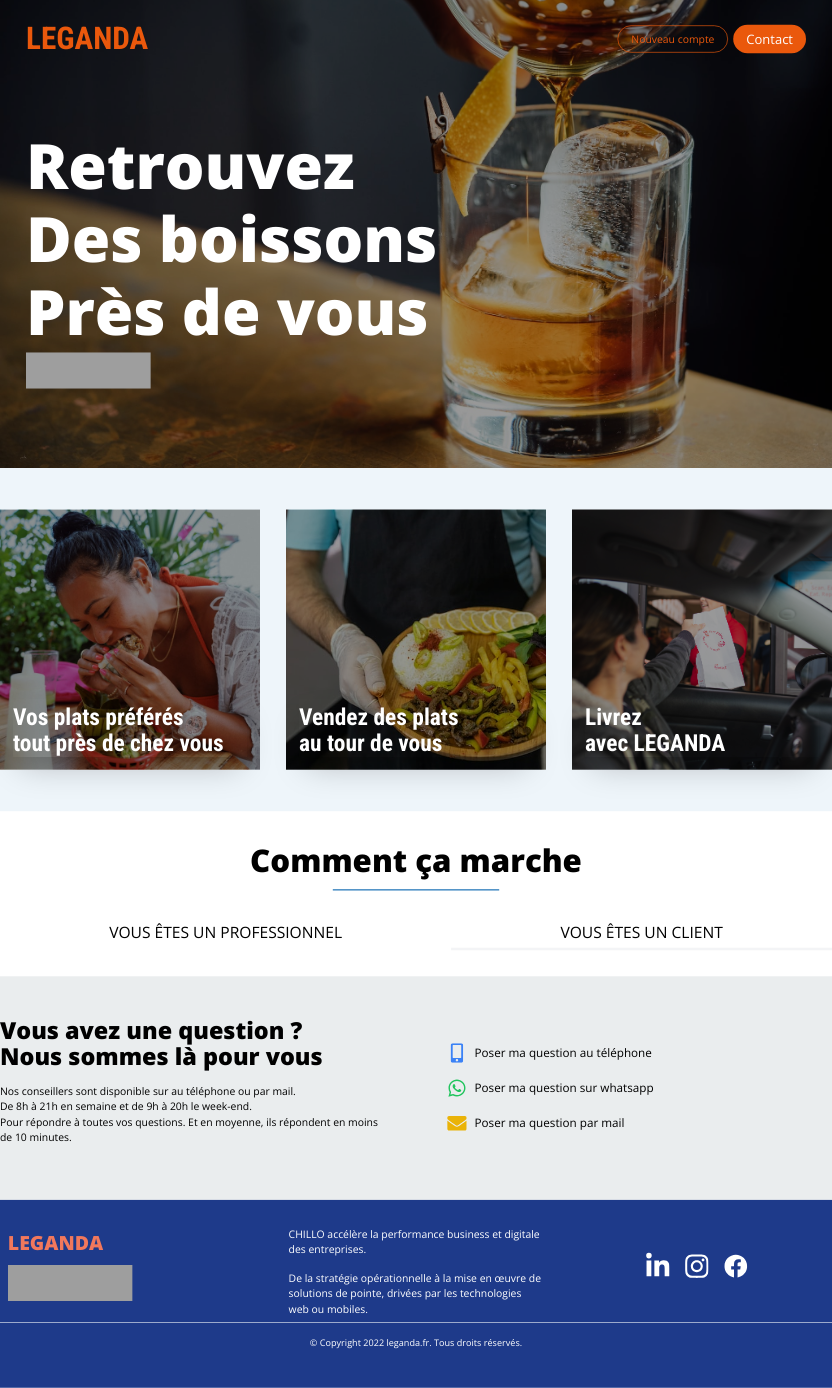
Repository: chillo-tech/website-leganda
Page: /
An editor plug-in stored every save of this project. The page is shown before and after the next save, followed by the edit.
The browser window is 1280 px wide. The pictures show the whole page, at 65% of full size.
Pictures or frames that could not be fetched are drawn as grey boxes. The project was rebuilt for these pictures with package versions that can differ from the ones it lists, and the page was loaded fresh each time. Some packages were replaced by stand-ins written for this rebuild. The framework's server and built-in components were replaced by stand-ins that run in the browser. Also part of the build but not shown: next.config.js, components/header/items/SearchBar.tsx.

Above is the page before, as saved 2023-02-09 14:10:13.

### pages/_document.tsx
import { Html, Head, Main, NextScript } from 'next/document'
import Footer from '../components/footer/Footer';

export default function Document() {
	return (
		<Html className="scroll-smooth">
			<Head>
        <link rel="preconnect" href="https://fonts.googleapis.com"/>
        <link rel="preconnect" href="https://fonts.gstatic.com"/>
        <link href="https://fonts.googleapis.com/css2?family=Open+Sans:ital,wght@0,300;0,800;1,800&family=Roboto&family=Roboto+Condensed:wght@700&display=swap" rel="stylesheet"/>
        <link rel="icon" href="/favicon.ico" />
			</Head>
			<body className='flex flex-col h-screen justify-between'>
				<Main />
				<NextScript />
				<Footer />
        <script defer type="text/javascript" src="https://maps.googleapis.com/maps/api/js?key=AIzaSyBoBBvzxlRlkbfYzZcHp8ALOwBk3YjfB-I&libraries=places" />
			</body>
		</Html>
	)
}

### styles/globals.css
@tailwind base;
@tailwind components;
@tailwind utilities;
body {
  font-family: 'Open Sans', 'Roboto', sans-serif;
}
.title {
  font-family: 'Roboto Condensed', sans-serif;
}
@layer base {
  [type="text"],
  [type="email"],
  [type="url"],
  [type="password"],
  [type="number"],
  [type="date"],
  [type="datetime-local"],
  [type="month"],
  [type="search"],
  [type="tel"],
  [type="time"],
  [type="week"],
  [multiple],
  textarea,
  select {
    @apply w-full border-gray-300 rounded-lg shadow-sm focus:border-blue-500 focus:ring-blue-500;
  }
  [type="checkbox"],
  [type="radio"] {
    @apply border-gray-300 rounded text-blue-600 focus:ring-blue-500;
  }
}

.bg-site-blue {
    background-color: #86aec0;
    color: #000000;
}

.bg-site-orange {
    background-color: #f6ac9f;
}

.color-site-blue {
   color: #86aec0;
}

.color-site-orange {
    color: #f2785c;
}

.home-page-article {
  min-height: 400px;
}

### context/search-context-provider.tsx
import { SearchParams } from '../types';
import { Context,createContext, useMemo, useReducer, useCallback } from 'react'
import SearchReducer from './SearchReducer';
import { Param } from '../types/Param';
import { INITIAL_STATE, UPDATE_SEARCH_CRITERIA } from '../utils';
import { SearchContextData } from '../types/SerchContextData';
type Props = {
  children: JSX.Element,
};
export const SearchContext = createContext<SearchContextData>({state: INITIAL_STATE});
function SearchContextProvider({children}: Props) {
  const [state, dispatch] = useReducer(SearchReducer, INITIAL_STATE);

  const update = useCallback(
    (data: Param) =>
      dispatch({
        type: UPDATE_SEARCH_CRITERIA,
        data
      }),
    [],
  );
  const value = useMemo(
    () => ({state, update }),
    [state,update],
  );
  return (
    <SearchContext.Provider value={value}>
      {children}
    </SearchContext.Provider>
  )
}

export default SearchContextProvider;

### components/footer/Footer.tsx

import React from 'react';
import { FaFacebook, FaInstagram, FaLinkedinIn } from 'react-icons/fa';
import Link from 'next/link'
import { cn, STORES } from '../../utils';
import Image from 'next/image';
function Footer() {
	return (
			<footer className="bg bg-blue-900 text-white pb-10 pt-10 font-extralight flex flex-col" id="a-propos-de-nous">
				<div className="container mx-auto px-3">
					<div className="grid grid-cols-1 gap-10 md:grid-cols-3 md:p-0 items-center">
						<div className="presentation">
              <Link href='/' className='mb-5 color-site-orange uppercase font-extrabold text-3xl'>LEGANDA
              </Link>
              <p className="flex py-4 items-center justify-center md:justify-start">
                {STORES.filter((item: any) => item.active).map((item: any, index: number) => (
                    <Link
                        href="#"
                        target="_blank"
                        key={`liens-${index}`}
                        className="block items-center py-2 w-48 h-14 relative">
                      <Image
                          fill={true}
                          src={`/images/${item.image}`}
                          alt={item?.label}
                      />
                    </Link>
                ))}
              </p>
						</div>
						<div className="presentation">
							<p className='mb-5'>CHILLO accélère la performance business et digitale des entreprises. </p>
							<p>De la stratégie opérationnelle
								à la mise en œuvre de solutions de pointe, drivées par les technologies web ou mobiles.</p>
						</div>
						<div className="presentation flex flex-col items-center justify-center">
							<div className='px-10 flex items-center justify-between text-center'>
								<FaLinkedinIn color='text-slate-300' className='px-3 text-6xl'/>
								<FaInstagram className='px-3 text-6xl'/>
								<FaFacebook className='px-3 text-6xl'/>
							</div>
							<div className='py-2'>

							</div>
						</div>
					</div>
				</div>
				<div className="copyright border-top-1 mt-2 font-light">
					<div className="container py-5 text-sm mx-auto text-center border-solid border-t border-slate-200">
						&copy; Copyright {(new Date()).getFullYear()} leganda.fr. Tous droits réservés.
					</div>
				</div>
			</footer>

	);
}

export default Footer;

### components/questions/Questions.tsx
import Link from 'next/link'
import React from 'react'
import { FaEnvelope, FaMobileAlt, FaWhatsapp } from 'react-icons/fa'

function Questions() {
  return (
    <section className='py-16 bg-app-light-green'>
        <div className="container grid md:grid-cols-2 md:gap-24 items-center px-3 md:px-0">
          <article>
            <h2 className='md:text-4xl text-3xl font-semibold text-black'>
              <p className='p-0 m-0'>Vous avez une question ?</p>
              <p className='p-0 m-0'>Nous sommes là pour vous</p>
            </h2>
            <div className='py-5'>
              <p className='p-0 m-0'>Nos conseillers sont disponible sur au téléphone ou par mail.</p>
              <p className='p-0 m-0'>De 8h à 21h en semaine et de 9h à 20h le week-end.</p>
              <p className='p-0 m-0'>Pour répondre à toutes vos questions. Et en moyenne, ils répondent en moins de 10 minutes.</p>
            </div>
          </article>
          <article>
              <Link href="tel:0033761705745" className='py-3 text-lg flex'>
                  <FaMobileAlt className='text-3xl text-blue-500 mr-3' /> Poser ma question au téléphone
              </Link>
              <Link href="whatsapp:0033761705745" className='py-3 text-lg flex'>
                  <FaWhatsapp className='text-3xl text-green-500 mr-3' /> Poser ma question sur whatsapp
              </Link>
              <Link href="mailto:armelle.leganda@gmail.com" className='py-3 text-lg flex'>
                  <FaEnvelope className='text-3xl text-yellow-500 mr-3' /> Poser ma question par mail
              </Link>
          </article>
        </div>
    </section>
  )
}

export default Questions

### components/header/Header.tsx
import { faPhone, faUser } from '@fortawesome/free-solid-svg-icons'
import { FontAwesomeIcon } from '@fortawesome/react-fontawesome'
import Link from 'next/link'
import React from 'react'
import SearchBar from './items/SearchBar'

function Header({withSearchBar = true}: {withSearchBar?: boolean}) {
  return (
    <header className="container py-4">
       <nav className='flex justify-between items-center'>
        <Link href="/" className='text-orange-600 uppercase title text-5xl'>LEGANDA
        </Link>
        {withSearchBar ? <SearchBar /> : null }
        <ul className='md:flex justify-between items-center hidden'>
          <li>
            <Link href="/" className='border border-orange-600 rounded-3xl px-5 py-2 text-orange-600 flex justify-between items-center'>
                <FontAwesomeIcon icon={faUser} className="hidden border-none text-xs mr-2" size='xs' />
                Nouveau compte
            </Link>
          </li>
          <li  className='ml-2'>
          <Link href="/" className='bg-orange-600 rounded-3xl text-xl px-5 font-medium py-2 flex text-white'>
              <FontAwesomeIcon icon={faPhone} className="hidden border-none mr-2"/>
              Contact
          </Link>
          </li>
        </ul>
      </nav>
    </header>
  )
}

export default Header

### utils/index.ts
export * from './clear-string';
export * from './DateFormat';
export * from './isValidPhoneNumber';
export * from './isValidEmail';
export * from './Endpoints';
export * from './Data';
export * from './request-options';

### components/tabs/index.tsx
import classNames from 'classnames';
import React, { useState } from 'react'
import SectionTitle from '../shared/SectionTitle';

function Tabs({items}: any) {
  const [activeTab, setActiveTab] = useState("tab-0");
  const handleClick = () => {

  }
  return (
    <section className='container px-3 md:px-0 py-10'>
      <SectionTitle text='Comment ça marche' />
      <ul className='flex justtify-center items-center'>
        {items.map((item: any, index: number) => (
          <li key={`tab-${index}`} className={
              classNames(
                'grow border-b-4',
                { 'bg-white border-white': activeTab === `tab-${index}` },
                { 'bg-white border-gray-100 bg-gray-100': activeTab !== `tab-${index}` }
                )
              }>
            <button id={`tab-${index}`} type='button' className='uppercase w-full py-2 text-2xl' onClick={handleClick}>{item.label}</button>
          </li>
        ))}
      </ul>
    </section>
  )
}

export default Tabs

### utils/how-it-works.ts
const HOW_IT_WORKS: any = [
  {
    "label": "Vous êtes un professionnel"
  },
  {
    "label": "Vous êtes un client"
  }
]

export {HOW_IT_WORKS}

### context/SearchReducer.ts
import { UPDATE_SEARCH_CRITERIA } from './../utils/Data';
import { Action } from './../types/Action';
import { SearchParams } from "../types";

function SearchReducer (state: SearchParams, action: Action){
  switch(action.type){
    case UPDATE_SEARCH_CRITERIA: {
        return {
          ...state,
          [action.data.key]: action.data.value
        }
    }
  }
  return state;
}

export default SearchReducer;

### utils/clear-string.ts
export const cleanString = (entry: string) => {
	return entry ? entry.replace(/^[\s\uFEFF\xA0]+|[\s\uFEFF\xA0]+$/g, '') : '';
}

### utils/DateFormat.ts
export const getFormattedDate = (entry: Date) => {
	const year = entry.getFullYear();
	const month = `0${entry.getMonth() + 1}`.slice(-2);
	const day = `0${entry.getDate()}`.slice(-2);
	return `${day}/${month}/${year}`;
};

export const getFormattedTime = (entry: Date) => {
	const hours = `0${entry.getHours()}`.slice(-2);
	const minutes = `0${entry.getMinutes()}`.slice(-2);
	return `${hours}:${minutes}`;
};

const getWeekNumber = (entry: Date) => {
	// Copy date so don't modify original
	const date = new Date(Date.UTC(entry.getFullYear(), entry.getMonth(), entry.getDate()));
	// Set to nearest Thursday: current date + 4 - current day number
	// Make Sunday's day number 7
	date.setUTCDate(date.getUTCDate() + 4 - (date.getUTCDay() || 7));
	// Get first day of year
	const yearStart = new Date(Date.UTC(date.getUTCFullYear(), 0, 1));
	// Calculate full weeks to nearest Thursday
	return Math.ceil((((Number(date) - Number(yearStart)) / 86400000) + 1) / 7);
	// Return array of year and week number

}

export const getDayAndMonthLabel = (entry: Date) => {
	const days = ['Dimanche', 'Lundi', 'Mardi', 'Mercredi', 'Jeudi', 'Vendredi', 'Samedi'];
	const months = ["Jan.", "Fev.", "Mars", "Avr.", "MaI", "Juin",
		"Jul.", "Août", "Sep.", "Oct.", "Nov.", "Dec."
	];
	return [days[entry.getDay()], months[entry.getMonth()]];
}

export const getDisplayedDate = (entry: string = "") => {
	if (!entry.trim().length) {
		return entry;
	}
	const adWeekNo = getWeekNumber(new Date(entry));
	const todayWeekNo = getWeekNumber(new Date());
	if ((adWeekNo - todayWeekNo) > 1) {
		const [dayOfDate, month, year] = getFormattedDate(new Date(entry)).split('/');
		const [dayOfWeekLabel, monthLabel] = getDayAndMonthLabel(new Date(entry));
		return `${dayOfWeekLabel}, ${dayOfDate} ${monthLabel}`;
	} else {
		const [dayOfWeekLabel] = getDayAndMonthLabel(new Date(entry));
		return dayOfWeekLabel;
	}
};

### utils/isValidPhoneNumber.ts
export const isValidPhoneNumber = (value: string) => {
	const PHONE_REGEXP = /^0[6|7]\d{8}$/
	return PHONE_REGEXP.test(value);
}

### utils/isValidEmail.ts
export const isValidEmail = (value: string) => {
	const EMAIL_REGEXP = /^\S+@\S+\.\S+$/;
	return value.trim().length ? EMAIL_REGEXP.test(value) : true;
}

### utils/Endpoints.ts
export const LOCAL_DNS = 'http://192.168.111.244:9090';//verifier ipconfig avant d'exécuter
export const PROD_DNS = "https://api.leganda.chillo.fr";
export const IMAGES_URL = `${PROD_DNS}/assets`;
export const BACKOFFICE_URL = `${PROD_DNS}/api/v1`;
export const ADS_ENDPOINT = "ad";
export const FAVORITE_ENDPOINT = "favorite";
export const ACCOUNT_ENDPOINT = "account";
export const ADDRESS_ENDPOINT = "address";
export const CATEGORY_ENDPOINT = "category";
export const GOOGLE_PACES_API_BASE_URL = 'https://maps.googleapis.com/maps/api/place';
export const GOOGLE_PACES_API_KEY = 'AIzaSyBoBBvzxlRlkbfYzZcHp8ALOwBk3YjfB-I';
export const MAP_ZOOM = 10;
export const GOOGLE_PACES_CENTER_COORDINATES = {lat: 48.117266,lng: -1.677793};

### utils/Data.ts
import {EMAIL, PHONE} from "./providers";
export const CATEGORY_BGCOLORS = [ "#BCA1F2", "#BCDDE4", "#CFEACB", "#F4E169"];
export const PLUS_FAVORITES_UPDATED = "Super cette annonce a été ajoutée à vos favoris";
export const REMOVE_FAVORITES_UPDATED = "Cette annonce a été retirée de vos favoris";
export const AUTHENTICATED_USER = "authenticatedUser";
export const MAPBOX_ACCESSTOKEN = "pk.eyJ1IjoiYWNoaWxsZW1ib3VndWVuZyIsImEiOiJja3Zvd3EzcmswaThkMnZrZ25iYmtveDBhIn0.pDR7pKL18d3iz5NoaRmWYg";
export const RESET_AD = "RESET_AD";
export const DELETE_KEY = "DELETE_KEY";
export const SET_NUMBER_OF_CHILDREN = "SET_NUMBER_OF_CHILDREN";
export const SET_ADS = "SET_ADS";
export const SET_CATS = "SET_CATS";
export const SET_CAT = "SET_CAT";
export const SET_AD = "SET_AD";
export const SET_SELECTED_ITEM_ID = "SET_SELECTED_ITEM_ID";
export const SET_STEP_INDEX = "SET_STEP_INDEX";
export const UPDATE_AD = "UPDATE_AD";
export const UPDATE_SEARCH_CRITERIA = "UPDATE_SEARCH_CRITERIA";
export const UPDATE_USER_INFOS = "UPDATE_USER_INFOS";
export const USER_TOKEN = "USER_TOKEN";
export const SIGN_IN = 'SIGN_IN';
export const SIGN_OUT = 'SIGN_OUT';
export const SIGN_UP = 'SIGN_UP';
export const RECOMMEND_TEXT = "Bonjour, j'ai découvert cette application qui a de belles annonces. Je te la recommande";
export const RESTORE_TOKEN = "RESTORE_TOKEN";
export const AD_PLACEHOLDER = ["Taro du dimanche", "20kg à destination de Yaoundé", "Carton de Guinness", "Stage de developpeur"];
export const STORES = [
	{
		image: 'google-app-store-badge.svg',
		active: true,
		path: '#',
		label: 'LEGANDA sur PLAY STORE'
	},
	{
		image: 'apple-app-store-badge.svg',
		active: false,
		path: '#',
		label: 'LEGANDA sur APPLE STORE'
	}
]
export const HEADERS_ITEMS = [
	{
		image: '/images/food.jpeg',
		active: true,
		label: 'Des mets'
	},
	{
		image: '/images/drinks.jpeg',
		active: false,
		label: 'Des boissons'
	},
	{
		image: '/images/spices.jpeg',
		active: false,
		label: 'Des épices'
	},
	{
		image: '/images/service.jpeg',
		active: false,
		label: 'Des services'
	}
]
export const INITIAL_STATE = {
		address: {city: ''}
}

export const HELP_LINK = {
	whatsapp: `whatsapp://send?text=&phone=${PHONE}`,
	sms: `sms:${PHONE}`,
	mail: `mailto:${EMAIL}`,
	phone: `tel:${PHONE}`
}

export const SHARE_LINK = {
	whatsapp: `whatsapp://send?text=`,
	sms: `sms:body=`,
	mail: `mailto:${EMAIL}`,
	phone: `tel:${PHONE}`
}

export const MORESCREEN_DATA = [
	{
		id: 'recommendations',
		title: "Recommandations",
		items: [
			{
				id: '587',
				icon: 'thumbs-up',
				name: 'sms',
				action: 'recommend',
				title: 'Recommandez notre application',
			},
			{
				id: '588',
				icon: 'facebook',
				name: 'facebook',
				action: 'recommend',
				title: 'Aimez notre page facebook',
			},
			{
				id: '589',
				icon: 'thumbs-up',
				name: 'like',
				action: 'recommend',
				title: 'Notez nous sur le store',
			}
		]
	},
	{
		id: 'assistance',
		title: "assistance",
		items: [
			{
				id: '386',
				icon: 'whatsapp',
				name: 'whatsapp',
				action: 'help',
				title: 'Posez votre question via whatsapp',
			},
			{
				id: '387',
				icon: 'sms',
				name: 'sms',
				action: 'help',
				title: 'Posez votre question  par sms',
			},
			{
				id: '389',
				name: 'mail',
				action: 'help',
				icon: 'envelope',
				title: 'Envoyez nous un mail',
			},
			{
				id: '388',
				icon: 'phone-alt',
				name: 'phone',
				action: 'help',
				title: 'Appelez nous',
			}
		]
	}
]

export const loaderProp =({ src }: {src: string}) => {
  console.log('====================================');
  console.log(src);
  console.log('====================================');
  return src;
}
export const cn = (...classes: string[]) =>{
  return classes.filter(Boolean).join(' ')
}

### utils/request-options.ts
export const getHeaders = () => ({
	'X-Requested-With': 'XMLHttpRequest',
	'Content-Type': 'application/x-www-form-urlencode',
	Accept: "application/json"
});

### components/shared/SectionTitle.tsx
import React from 'react'

function SectionTitle( {text, underline = true}: {underline?: boolean, text: string}) {
  return (
    <h2 className="flex flex-col items-center justify-center md:mb-10">
      <span className='px-10 py-3 text-center font-bold text-3xl md:text-5xl'>
        {text}
      </span>
      { underline ? (<span className='border-b-2 border-app-blue px-10 w-64 mt-2'/>) : null }
    </h2>
  )
}

export default SectionTitle

### utils/providers.ts


export const PHONE = "+33761705745";
export const EMAIL = "achille.mbougueng@yahoo.fr";

export const OPENCAGE_GEOCODE_API = "https://api.opencagedata.com/geocode/v1/json";
export const OPENCAGE_API_KEY = "2dd86530d37b4cf3a321d24e6c624a40";

export const MAPBOX_API_KEY = "pk.eyJ1IjoiYWNoaWxsZW1ib3VndWVuZyIsImEiOiJja3Zvd3EzcmswaThkMnZrZ25iYmtveDBhIn0.pDR7pKL18d3iz5NoaRmWYg";
export const MAPBOX_PLACES = "https://api.mapbox.com/geocoding/v5/mapbox.places";

Loaded but not shown: pages/_app.tsx (common file); tailwind.config.js (38 lines, source omitted); pages/index.tsx (146 lines, source omitted)

After the next save:
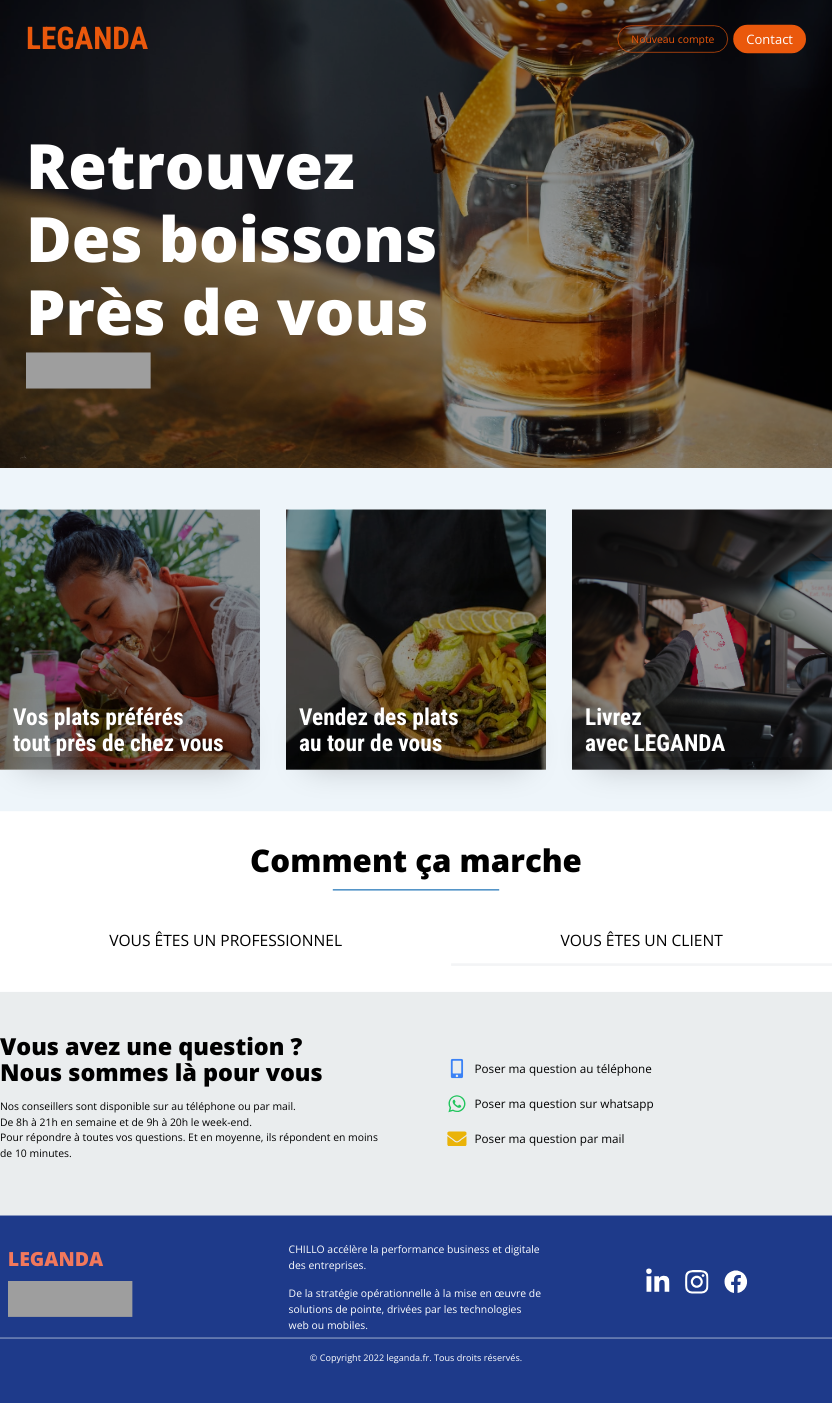
Saved 15 s later.
--- a/components/tabs/index.tsx
+++ b/components/tabs/index.tsx
@@ -14,7 +14,7 @@
         {items.map((item: any, index: number) => (
           <li key={`tab-${index}`} className={
               classNames(
-                'grow border-b-4',
+                'grow border-b-4 py-3',
                 { 'bg-white border-white': activeTab === `tab-${index}` },
                 { 'bg-white border-gray-100 bg-gray-100': activeTab !== `tab-${index}` }
                 )
